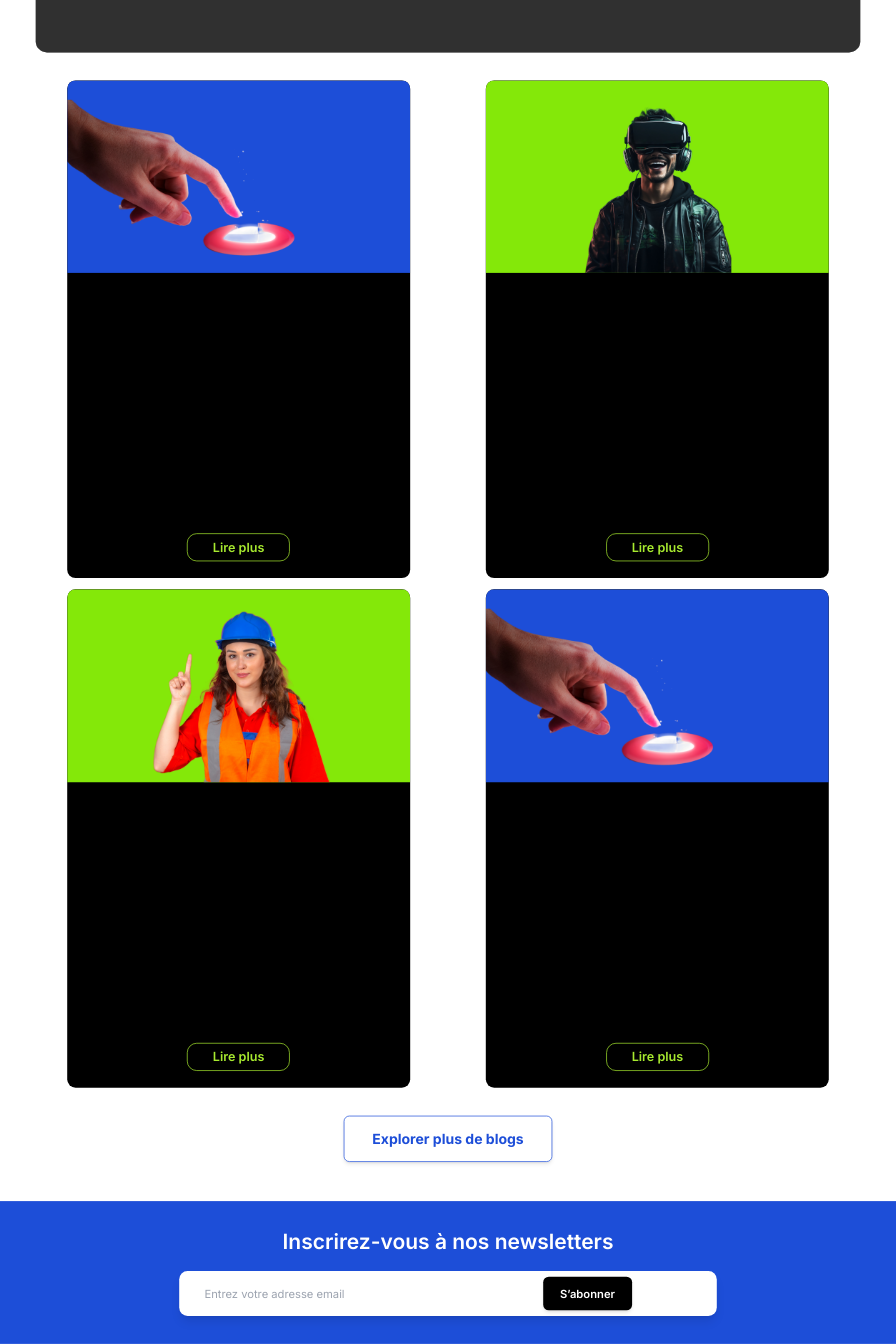
Repository: NassimeElkamari/test
Page: /blogs
These files come from the project's save history. The page is drawn as it stood at one moment and after a run of saves; the edit follows.
The browser window is 1280 px wide. The pictures show the part of the page from y = 577 to 2497 px (the page is 2497 px tall before and 2485 px after), at 70% of full size.
Pictures or frames that could not be fetched are drawn as grey boxes. The project was rebuilt for these pictures with package versions that can differ from the ones it lists, and the page was loaded fresh each time. The framework's server and built-in components were replaced by stand-ins that run in the browser. Also part of the build but not shown: next.config.mjs.

Above is the page before, as saved 2024-06-12 16:22:58.

### src/app/blogs/page.tsx
import Image from 'next/image';
import React from 'react';
import { MdDateRange } from "react-icons/md";
import BlogCard from '../../components/BlogCard';
import { cardData } from '../../data/cardData';

const Blog = () => {
  return (
    <div className='bg-white'>
      <div className='flex justify-center'>
        <h1 className="text-4xl font-bold text-center">Blog</h1>
      </div>
      <div className="relative w-[92vw] h-[85vh] mx-auto overflow-hidden bg-black pt-5 pl-8 flex flex-col justify-start rounded-2xl">
        <Image
          src="/bgImage.jpg"
          layout="fill"
          objectFit="cover"
          objectPosition="top"
          quality={100}
          alt="Background Image"
          className="opacity-30 bg-black"
        />
        <div className="absolute inset-0 flex flex-col justify-center text-white mt-[6%] p-4 pl-8">
          <h1 className="text-[52px] font-semibold mb-4">
            Ouvrez les portes de la connaissance <br /> avec nos Blogs stimulants
          </h1>
          <p className="text-[17px] mb-8">
            Découvrez les dernières actualités de 2peerfect dans une multitude de domaines passionnants. <br />Plongez-vous dans nos articles pour rester à jour sur les tendances les plus récentes en technologie, <br /> santé mentale, Design, Business, et bien plus encore. Avec une expertise diversifiée et des perspectives variées,<br /> 2peerfect vous offre un aperçu complet et captivant des développements les plus récents à travers différents secteurs.<br /> Ne manquez rien de ce qui se passe dans le monde, suivez 2peerfect pour rester informé et inspiré.
          </p>
          <div className="flex flex-wrap justify-between space-x-4 w-[80%]">
            <div className="bg-transparent rounded-lg shadow-md w-[15%] h-10 mb-4 border border-[#A7E92F] flex items-center justify-center">
              <h2 className="text-lg font-semibold text-center">Marketing</h2>
            </div>
            <div className="bg-transparent rounded-lg shadow-md w-[15%] h-10 mb-4 border border-[#A7E92F] flex items-center justify-center">
              <h2 className="text-lg font-semibold text-center">Design</h2>
            </div>
            <div className="bg-transparent rounded-lg shadow-md w-[15%] h-10 mb-4 border border-[#A7E92F] flex items-center justify-center">
              <h2 className="text-lg font-semibold text-center">Business</h2>
            </div>
            <div className="bg-transparent rounded-lg shadow-md w-[15%] h-10 mb-4 border border-[#A7E92F] flex items-center justify-center">
              <h2 className="text-lg font-semibold text-center">IT</h2>
            </div>
            <div className="bg-transparent rounded-lg shadow-md w-[15%] text-center h-10 mb-4 border border-[#A7E92F] flex items-center justify-center">
              <h2 className="text-lg font-semibold">Psychologie</h2>
            </div>
            {/* Add more cards as needed */}
          </div>
        </div>
      </div>
      <div className='second-section w-[85vw] mx-auto mt-10 flex justify-center'>
        <div className="flex flex-wrap gap-4 justify-between ">
          {cardData.map((card) => (
            <BlogCard
              key={card.id}
              imageSrc={card.imageSrc}
              title={card.title}
              description={card.description}
              date={card.date}
              color={card.background}
            />
          ))}
        </div>
      </div>
      <div className="flex justify-center mt-10">
        <button className=" text-white rounded-lg shadow-md  text-center mx-10 my-4 px-10 py-8 h-10 border border-[#1D4ED8] flex items-center justify-center">
          <h2 className="text-xl font-bold text-[#1D4ED8]">Explorer plus de blogs </h2>
        </button>
      </div>
      <div className="bg-[#1D4ED8] py-10 mt-10 flex flex-col items-center justify-center">
        <h2 className="text-3xl font-semibold text-white mb-4">Inscrirez-vous à nos newsletters</h2>
        <div className="bg-white px-6 py-2 rounded-xl shadow-lg flex flex-col items-center sm:flex-row mt-2 w-full max-w-3xl">
          <input
            type="email"
            placeholder="Entrez votre adresse email"
            className="w-full sm:w-2/3 p-3 mb-4 sm:mb-0 sm:mr-4 rounded-lg focus:outline-none"
          />
          <button className="bg-black text-white font-semibold py-3 px-6 rounded-lg shadow-md w-full sm:w-auto">
            S’abonner
          </button>
        </div>
      </div>
    </div>
  );
};

export default Blog;

### src/components/BlogCard.tsx
import Image from 'next/image'
import React from 'react'
import { MdDateRange } from "react-icons/md";


const BlogCard = ({ imageSrc, title, description, date , color}) => {
  return (
    <div className='w-[45%] h-[50%] bg-black rounded-xl flex flex-col'>
    <div className="w-[100%] h-2/5 relative">
        <Image
        src={imageSrc}
        layout='responsive'
        height={100}
        width={100}
        alt="Card Image"
        className="w-full h-full rounded-t-xl "
        style={{backgroundColor: `${color}`}}
        />
    </div>
    <div className="pt-14 flex justify-center items-center flex-col px-5">
        <h1 className="text-[32px] font-semibold">{title}</h1>
        <p className="text-md mt-5">{description}</p>
    </div>
    <div className="flex items-center justify-end mt-10 mr-2">
        <MdDateRange width={70} height={70} className='mr-4'/>
        <p className="mr-2">{date}</p>
    </div>
    <div className="flex justify-center mt-8 mb-6"> {/* Added justify-center class */}
        <button className="bg-black rounded-[14px] shadow-md w-[30%] text-center h-10 border border-[#A7E92F] flex items-center justify-center">
        <h2 className="text-lg font-semibold text-[#A7E92F]">Lire plus</h2> {/* Added text-white class */}
        </button>
    </div>
    </div>
  )
}

export default BlogCard

### src/data/cardData.js
export const cardData = [
  {
    id: 1,
    imageSrc: "/card11.png",
    title: "L'impact des médias sociaux sur la santé mental",
    description: "Discuter de la façon dont les likes, les commentaires et les partages peuvent devenir une mesure de notre valeur personnelle, et comment cela peut affecter notre estime de soi et notre bien-être émotionnel...",
    date: "11 Décembre 2023",
    background: '#1D4ED8' // Background color for the first card
  },
  {
    id: 2,
    imageSrc: "/card22.png",
    title: "L’inovation technologique dans l’éducation",
    description: "Reconnaître les défis liés à l'intégration de la technologie dans l'éducation, tels que l'accès inégal aux ressources technologiques et les préoccupations concernant la dépendance excessive à la technologie...",
    date: "11 Décembre 2023",
    background: '#84e809' // Background color for the second card
  },
  {
    id: 3,
    imageSrc: "/card33.png",
    title: "L’inovation technologique dans l’éducation",
    description: "Reconnaître les défis liés à l'intégration de la technologie dans l'éducation, tels que l'accès inégal aux ressources technologiques et les préoccupations concernant la dépendance excessive à la technologie...",
    date: "11 Décembre 2023",
    background: '#84e809' // Background color for the third card
  },
  {
    id: 4,
    imageSrc: "/card11.png",
    title: "L'impact des médias sociaux sur la santé mental",
    description: "Discuter de la façon dont les likes, les commentaires et les partages peuvent devenir une mesure de notre valeur personnelle, et comment cela peut affecter notre estime de soi et notre bien-être émotionnel...",
    date: "11 Décembre 2023",
    background: '#1D4ED8' // Background color for the fourth card
  },
];

Loaded but not shown: src/app/layout.tsx (common file); src/app/globals.css (common file); tailwind.config.ts (common file)

After the next 2 saves:
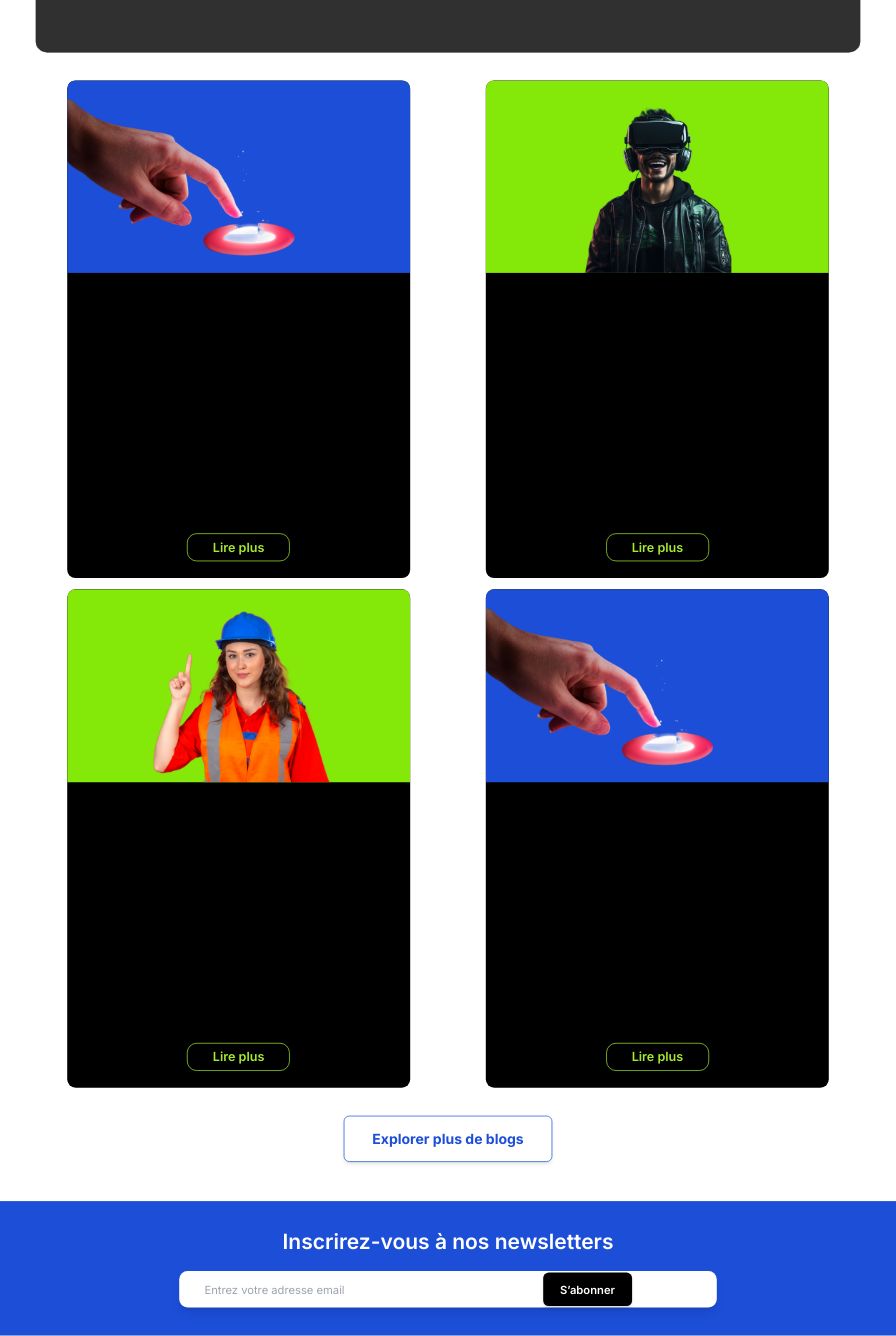
The 2 saves are shown as one change because they came seconds apart.
The last was saved 11 s later.
--- a/src/app/blogs/page.tsx
+++ b/src/app/blogs/page.tsx
@@ -68,7 +68,7 @@ const Blog = () => {
       </div>
       <div className="bg-[#1D4ED8] py-10 mt-10 flex flex-col items-center justify-center">
         <h2 className="text-3xl font-semibold text-white mb-4">Inscrirez-vous à nos newsletters</h2>
-        <div className="bg-white px-6 py-2 rounded-xl shadow-lg flex flex-col items-center sm:flex-row mt-2 w-full max-w-3xl">
+        <div className="bg-white px-6 py-[2px] rounded-xl shadow-lg flex flex-col items-center sm:flex-row mt-2 w-full max-w-3xl">
           <input
             type="email"
             placeholder="Entrez votre adresse email"
